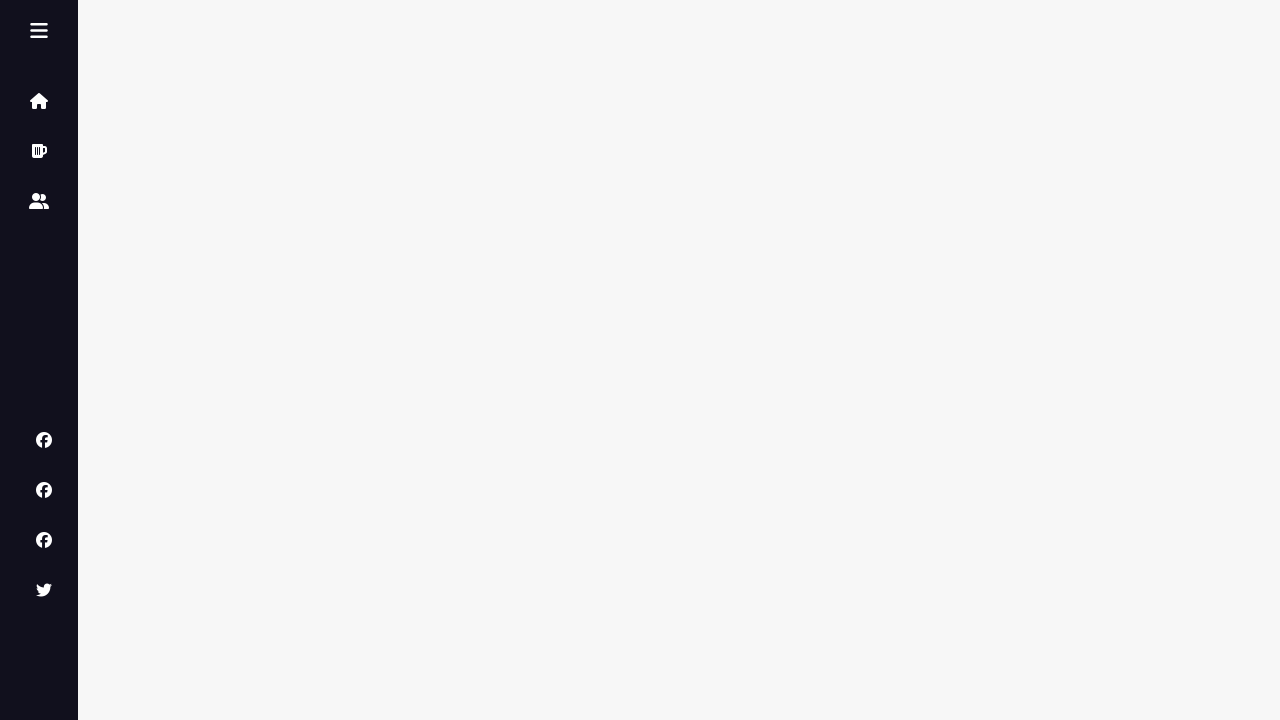
Repository: Nic98/MilkTeaWebsite
Page: mywebsite.html
An editor plug-in stored every save of this project. The page is shown before and after the next save, followed by the edit.
The browser window is 1280 px wide. The pictures show the whole page.
Some web libraries are served in a nearby version.

Above is the page before, as saved 2024-05-28 23:05:08.

### mywebsite.html
<!DOCTYPE html>
<html lang="en">
<head>
  <meta charset="UTF-8">
  <meta name="viewport" content="width=device-width, initial-scale=1.0">
  <link rel="stylesheet" href="mywebsite.css">
  <script src="https://kit.fontawesome.com/2dbcf482c2.js" crossorigin="anonymous"></script>
  <!-- <script src="/sidebar.js"></script> -->
  <title>ComeBuyBooze</title>

</head>
<body>

  <!-- sidebar implementation -->
  <div class="sidebar workspace--flexchild1">
    <div class="logo_content">
        <div class="logo">
            <dive class="logo_name"> ComeBuyBooze </dive>
            <i class="fas fa-bars" id="btn"></i>
        </div>
    </div>

    <ul class="nav_list">
        <li>
            <a href="#">
                <i class="fas fa-home"></i>
                <span class="links_name">ComeBack</span>
            </a>
            <span class = "tooltip">ComeBack</span>
        </li>

        <li>
            <a href="#">
              <i class="fa-solid fa-beer-mug-empty"></i>
                <span class="links_name">Boozz</span>
            </a>
            <span class = "tooltip">Boozz</span>
        </li>

        <li>
          <a href="#">
              <i class="fas fa-user-friends"></i>
              <span class="links_name">Contact us</span>
          </a>
          <span class = "tooltip">Contacts us</span>
      </li>
    </ul>

    <ul class="contact_list">
      <li>
        <a href="#">
          <i class="fa-brands fa-facebook"></i>
        </a>
      </li>
      <li>
        <a href="#">
          <i class="fa-brands fa-facebook"></i>
        </a>
      </li>
      <li>
        <a href="#">
          <i class="fa-brands fa-facebook"></i>
        </a>
      </li>
      <li>
        <a href="#">
          <i class="fa-brands fa-twitter"></i>
        </a>
      </li>
    </ul>



</div>














  <script>
    let btn = document.querySelector("#btn");
    let sidebar = document.querySelector(".sidebar");

    btn.onclick = function() {
        sidebar.classList.toggle("active");
    }
  </script>
</body>
</html>

### mywebsite.css
@import url('https://fonts.googleapis.com/css2?family=Poppins:wght@200;300;400;500;600;700&display=swap');

body{
    margin: 0;
    font-family: "Poppins", sans-serif;
}

.flexbox{
    display: flex;
}

.columnflex{
    display: flex;
    flex-direction: column;
    justify-content: center;
}

#btn{
    cursor: pointer;
}

.btn--line{
    border: solid;
    border-width: 1px;
    color: white;
    background: none;
    border-radius: 50px;
    padding: 10px;
    padding-left: 20px;
    padding-right:20px;
    font-size: 18px;
    cursor: pointer;
}

.btn--solid{
    border: solid;
    border-width: 1px;
    border-radius: 50px;
    padding: 10px;
    padding-left: 20px;
    padding-right: 20px;
    font-size: 18px;
    cursor: pointer;
}

.btn--noborder{
    border: none;
    background: none;
}

.font--title{
    font-size: 30px;
}

.font--bold{
    font-weight: bolder;
}

.font--largrsize{
    font-size: 18px;
}

.login--input{
    border: solid 1px gray;
    font-size: 14px;
    padding: 8px;
    padding-left: 14px;
    width: 100%;
    border-radius: 50px;
    margin-top: 20px;
    box-sizing: border-box;
    box-shadow: 1px 1px 1px gray;
}

.btn--solid>*{
    text-decoration: none;
    color: white;
}

.btn--solid>*:hover{
    color: white;
    transition-duration: 0.5s;
}

:root{
  --lightgray: #F7F7F7;
  --darkblue: #032444;
}

*{
  margin:0;
  padding:0;
  box-sizing: border-box;
}

body {
  background-color: #F7F7F7;
  position: relative;
  min-height: 100vh;
  width: 100%;
  overflow:hidden;
}

/* sidebar */

.nav_list {
  padding-inline-start: 0%;
  list-style-type: none;
}

.sidebar {
  height:100%;
  position:absolute;
  top:0;
  left:0;
  width:78px;
  background-color: #11101d;
  padding:6px 14px;
  transition: all 0.5s ease;
}

.sidebar.active{
  width:240px;
}

.sidebar .logo_content .logo {
  color: #fff;
  display: flex;
  height: 50px;
  width: 100%;
  align-items: center;
  transition: all 0.5s ease;

}

.logo_content .logo i {
  font-size: 28px;
  margin-right: 5px;
}

.logo_content .logo .logo_name {
  font-size: 20px;
  font-weight: 400;
}

.sidebar #btn {
  color: #fff;
  position:absolute;
  left: 50%;
  top:6px;
  font-size: 20px;
  height:50px;
  width:50px;
  text-align: center;
  line-height: 50px;
  transform: translateX(-50%);
}

.sidebar.active #btn{
  left: 90%;
}

.sidebar ul {
  margin-top: 20px;

}
.sidebar ul li {
  list-style: none;
  height: 50px;
  width:100%;
  position:relative;
  margin: 0 0px;
  line-height: 50px;
}

.sidebar ul li .tooltip{
  position: absolute;
  left:122px;
  top:10%;
  transform: translate(-50%, -50%);
  text-align: center;
  border-radius: 6px;
  height:35px;
  width:122px;
  background: #fff;
  line-height: 35px;
  box-shadow: 0 5px 10px rgba(0,0,0,0.2);
  transition:0s;
  opacity: 0;
  pointer-events: none;
  z-index: 3000 !important;
}

.sidebar.active ul li .tooltip {
  display:none;
}

.sidebar ul li:hover .tooltip{
  transition: all 0.5s ease;
  opacity: 1;
  top:50%;
  z-index: 3;
}

.sidebar .nav_list li a {
  color: #fff;
  display: flex;
  align-items: center;
  text-decoration: none;
  transition: all 0.4s ease;
  border-radius: 6px;
  height:100%;
  white-space: nowrap;
}

.sidebar .nav_list li a:hover {
  color: #11101d;
  background: #fff;
  padding: 5px;
}

.sidebar .nav_list li i {
  height:50px;
  min-width: 50px;
  border-radius: 12px;
  line-height: 50px;
  text-align: center;
}

.sidebar .links_name{
  opacity: 0;
  pointer-events: none;
  transition: all 0.5s ease;
}

.sidebar.active .links_name {
  opacity: 1;
  pointer-events: auto;
}

.sidebar .logo_name {
  opacity: 0;
  pointer-events: none;
}

.sidebar.active .logo_name {
  opacity: 1;
  pointer-events: auto;
}

/* contact list */

/* .contact_list .links_name{
  opacity: 0;
  pointer-events: none;
  transition: all 0.5s ease;
}

.contact_list.active .links_name {
  opacity: 1;
  pointer-events: auto;
} */

.contact_list {
  padding-top: 250%;
  position: relative;
  top: 30px;
  padding-inline-start: 0%;
  list-style-type: none;
}

.contact_list li i {
  height:50px;
  min-width: 50px;
  line-height: 50px;
  border-radius: 12px;
  text-align: center;
}

.contact_list li a:hover {
  color: #11101d;
  background: #fff;
  /* padding-left:12px; */
}

.contact_list li a {
  color: #fff;
  position: relative;
  display:block;
  width: 60px;
  height: 60px;
  text-align: center;
  line-height: 80px;
  border-radius: 50%;
  transition: all 0.4s ease;
  white-space: nowrap;
  z-index: 1;
}

.sidebar.active .contact_list li i {
  height:50px;
  min-width: 50px;
  border-radius: 12px;
  line-height: 50px;
  text-align: center;
}

.sidebar.active .contact_list li a:hover {
  color: #11101d;
  background: #fff;
}









































/* .home_content {

  position: absolute;
  height: 100%;
  width: calc(100% - 78px);
  left:78px;
  transition: all 0.5s ease;

}

.home_content .text {
  font-size: 25px;
  font-weight: 500;
  color: #1d1b31;
  margin:12px;
}

.sidebar.active ~ .home_content {
  width: calc(100% - 240px);
  left:240px
} */



/* header

.workspaceheader--container{
  width: 100%;
  height: 50px;
  background-color: white;
  justify-content: space-between;
  padding-left: 18px;
  padding-right: 18px;
  box-shadow: 3px 3px 3px lightgray;



}

.searchbar--container{
  height: inherit;
  width: 40%;
  flex-direction: column;
  justify-content:center;
}

.searchbar--container>*{
  margin: 0;
}

.seachbar{
  max-width: 400px;
  padding: 4px;
  padding-left: 18px;
  box-shadow: none;
  border: solid 1px var(--lightgray);
  background: #FBFBFB;
}

.settingbar--container>*+*{
  margin-left: 16px;
}

.profilepic{
  height: 44px;
  width: 44px;
  border: solid 1px lightgray;
  border-radius: 50%;

}

.fa-moon, .fa-cog, .fa-bell{
  font-size: large;
}

.font--headerrole{
  font-size: small;

}

.headerName{
  margin-left: 22px;
}

.headerrole--container{
  flex-direction: row-reverse;
  justify-content: center;
}

.headerrole--container>*{
  margin: 0 !important;
  color: black;
}

.content-container{

  max-height: 100%;
  padding: 20px;

  width: 100%;
  overflow-y: scroll !important;

}

.content-container>*{
  z-index: 0;
} */

After the next save:
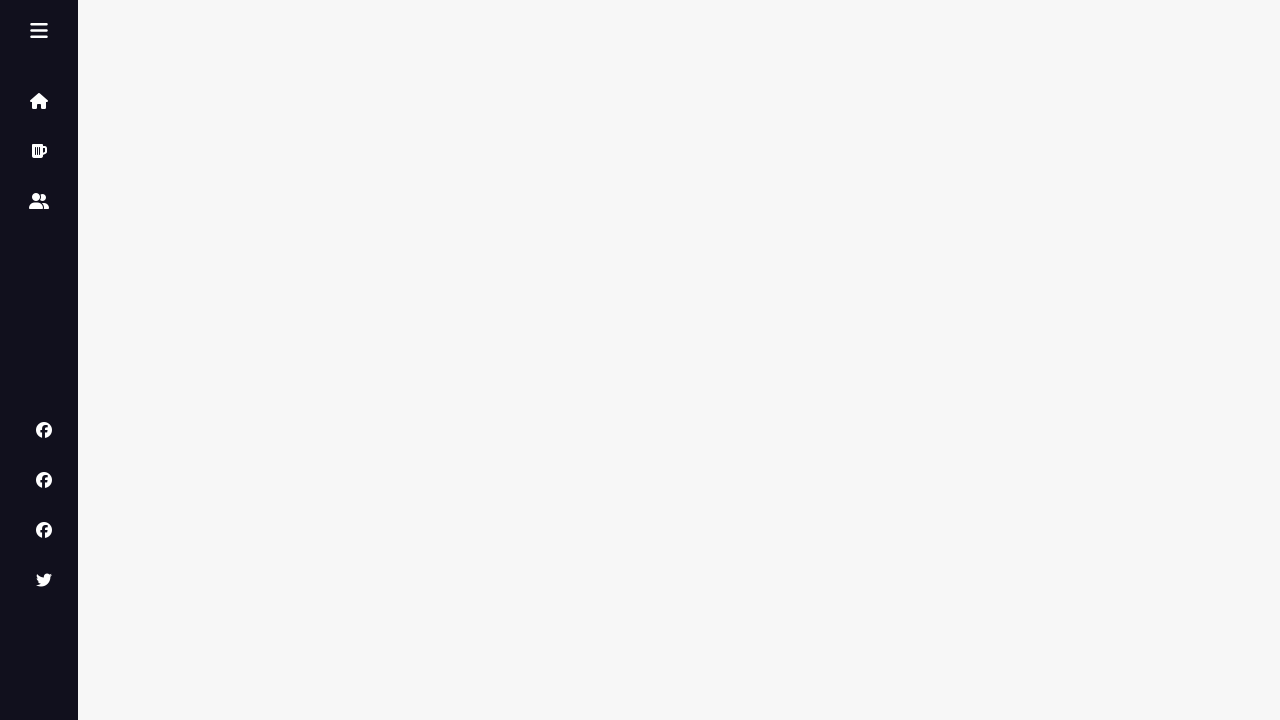
Saved 12 s later.
--- a/mywebsite.css
+++ b/mywebsite.css
@@ -290,7 +290,7 @@ body {
   width: 60px;
   height: 60px;
   text-align: center;
-  line-height: 80px;
+  line-height: 60px;
   border-radius: 50%;
   transition: all 0.4s ease;
   white-space: nowrap;
